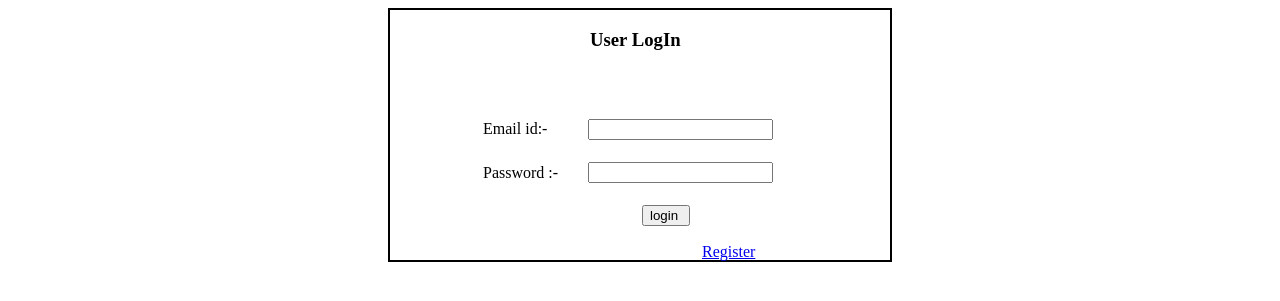
Repository: ShivrajMPujari/ServletApplication
Page: http://localhost/LoginRegistration/
The author's editor kept a copy of each file at every save. The page is drawn from the files as they stood at one save, then again after the next save.
The browser window is 1280 px wide. The pictures show the whole page.
The page is served by Tomcat 9. Other server files are loaded and not shown.

Above is the page before, as saved 2018-07-12 05:40:14.

### LoginRegistration/src/main/webapp/index.jsp
<!DOCTYPE html>
<html>
<head>
<meta charset="UTF-8">
<title>Insert title here</title>
<link rel="stylesheet" href="index.css"/>

<script type="text/javascript">

var validation = function() {
    var email = document.myForm.emailId.value;
    var password = document.myForm.password.value;
    var emailMessage = document.getElementById("emailMsg");
    var passwordMessage = document.getElementById("passwordMsg");
   // console.log(email + " " + password);
    //var emailRegEx = new RegExp("^[a-zA-z0-9,+-]+@[a-zA-Z0-9-]+\.[a-zA-Z0-9-.]+$");
    //var emailRegEx = new RegExp( "/^[^\s@_]+[^\s]+@[^\s@]+\.[^\s@]{2,}$/");
      var emailRegEx = /^[a-zA-Z]+[a-zA-Z0-9._]+@[a-z]+\.[a-z.]{2,5}$/;


    if (emailRegEx.test(email) && password.length > 3) {
    	 console.log(email + " " + password);
        return true;

    } else if (emailRegEx.test(email) == false) {
        // alert("email id or password is incorrect");
        emailMessage.innerHTML = "*Invalid mail id";
        return false;
    } else if (password.length < 4) {

        passwordMessage.innerHTML = "*Password should contain atleast 4 characters";
        return false;
    }
}


</script>


</head>
<body>

<div class="tableDiv">
  <h3 class = "heading" > User LogIn </h3>
<form action="login" method="get" name="myForm" onsubmit="return validation()">
          <table class="loginTabel">

                <tr>
                    <td> Email id:- </td>
                    <td> <input type="email" name="emailId" required/></td>
                </tr>
                <tr>
                    <td></td>
                    <td colspan="2" ><span id="emailMsg"></span></td>
                </tr>
                <tr>
                    <td>Password :- </td>
                    <td> <input type="password" name="password" required/> </td>
                </tr>
                <tr>

                    <td colspan="2"><span id="passwordMsg"></span></td>
                </tr>
                <tr>
                    <td colspan="2" class="submitButton"> <input class="btn" type="submit" value="login " /></td>
                </tr>
                <tr>
                    <td colspan="2" class="register"><a href="Registration.jsp">Register</a></td>
                </tr>

            </table>
</form>
</div>
</body>
</html>

### LoginRegistration/src/main/webapp/index.css
.tableDiv{
	height:250px;
	width:500px;
	margin:auto;
	border:2px solid black;
}

.heading{

	padding-left: 200px;
}
.loginTabel{

	height:200px;
	width:400px;
	margin:auto;
    padding-top: 40px;
    padding-left: 40px;
}
.submitButton{
	padding-left:160px;

}
.register{

	padding-left:220px;
}
#emailMsg{
color: red;
font-size: 12px;
}
#passwordMsg{
	color: red;
	font-size: 12px;
}

After the next save:
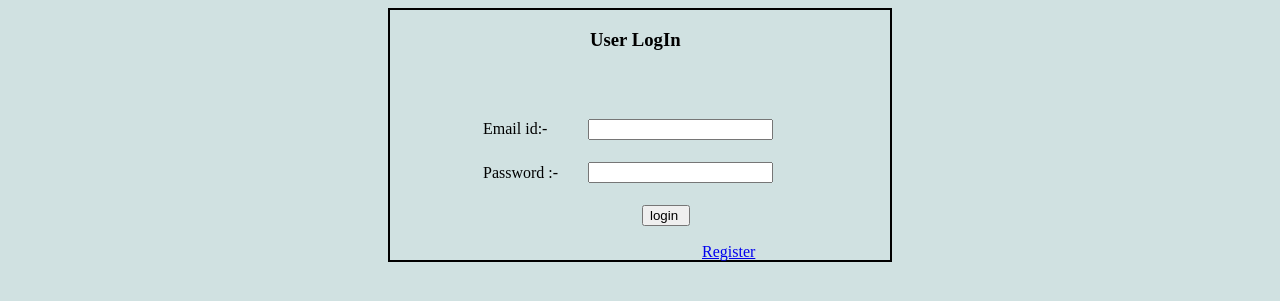
Saved 39 s later.
--- a/LoginRegistration/src/main/webapp/index.css
+++ b/LoginRegistration/src/main/webapp/index.css
@@ -1,3 +1,8 @@
+
+body{
+	background-color: #d0e1e1;
+}
+
 .tableDiv{
 	height:250px;
 	width:500px;
